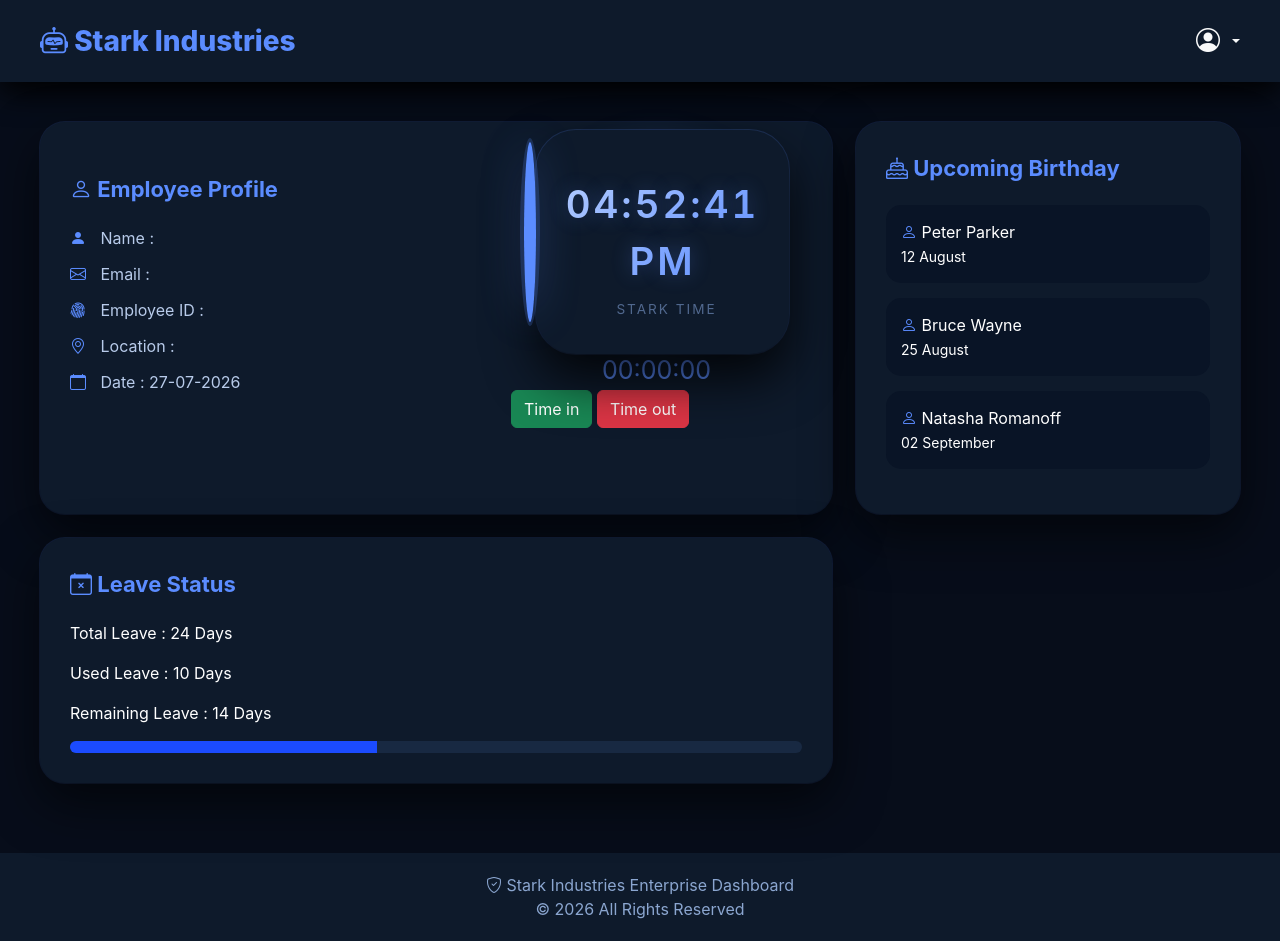
Repository: abhinav050799/office-management-
Page: resources/views/dashboard.blade.php
An editor plug-in stored every save of this project. The page is shown before and after a run of saves, followed by the edit.
The browser window is 1280 px wide. The pictures show the whole page.
The page is served by the project's Laravel application, run on PHP 8.4 with Laravel 12. The template is opened directly, without the code that normally fills it, so the values that code supplies are empty.

Above is the page before, as saved 2026-07-27 17:08:32.

After the next 3 saves:
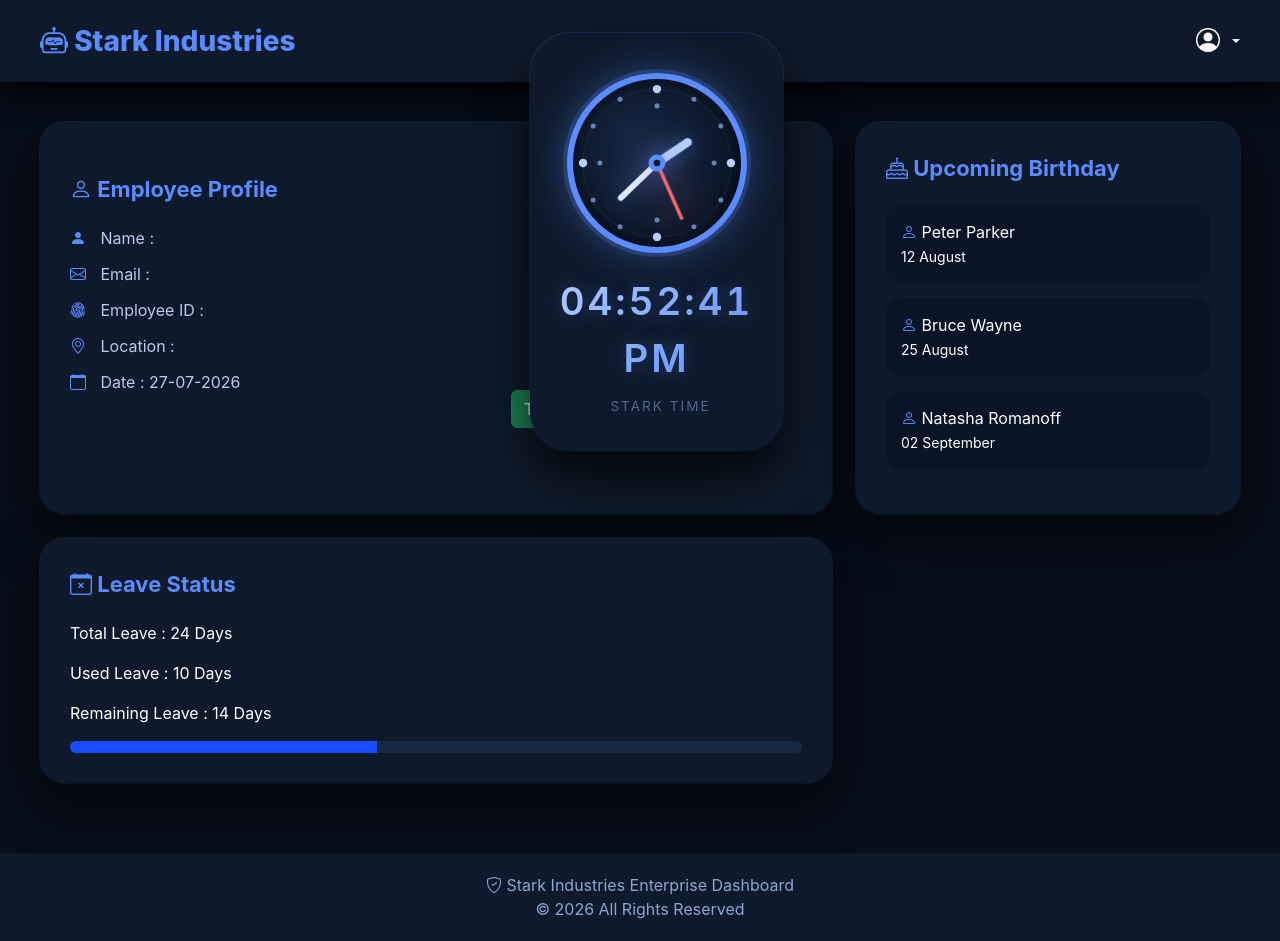
The 3 saves are shown as one change because they came seconds apart.
The last was saved 9 s later.
--- a/resources/views/dashboard.blade.php
+++ b/resources/views/dashboard.blade.php
@@ -85,7 +85,10 @@
 
                                 <!-- <i class="bi bi-clock"></i> -->
 
-                                <div class="watch" id="watchFace">
+                                 <div class="clock-card">
+
+    <!-- MODERN WATCH FACE (SVG) -->
+    <div class="watch" id="watchFace">
       <svg viewBox="0 0 100 100" class="clock-svg" id="clockSvg">
         <!-- HOUR MARKERS (12, 3, 6, 9) -->
         <circle cx="50" cy="50" r="44" fill="none" stroke="rgba(91,140,255,0.08)" stroke-width="1"/>
@@ -128,11 +131,6 @@
         <circle cx="50" cy="50" r="2" fill="#0e1a2b"/> <!-- inner dot for depth -->
       </svg>
     </div>
-
-                                 <div class="clock-card">
-
-    <!-- MODERN WATCH FACE (SVG) -->
-
 
     <!-- DIGITAL TIME (matches your .time style but upgraded) -->
     <div class="digital-time" id="clock">00:00:00</div>
